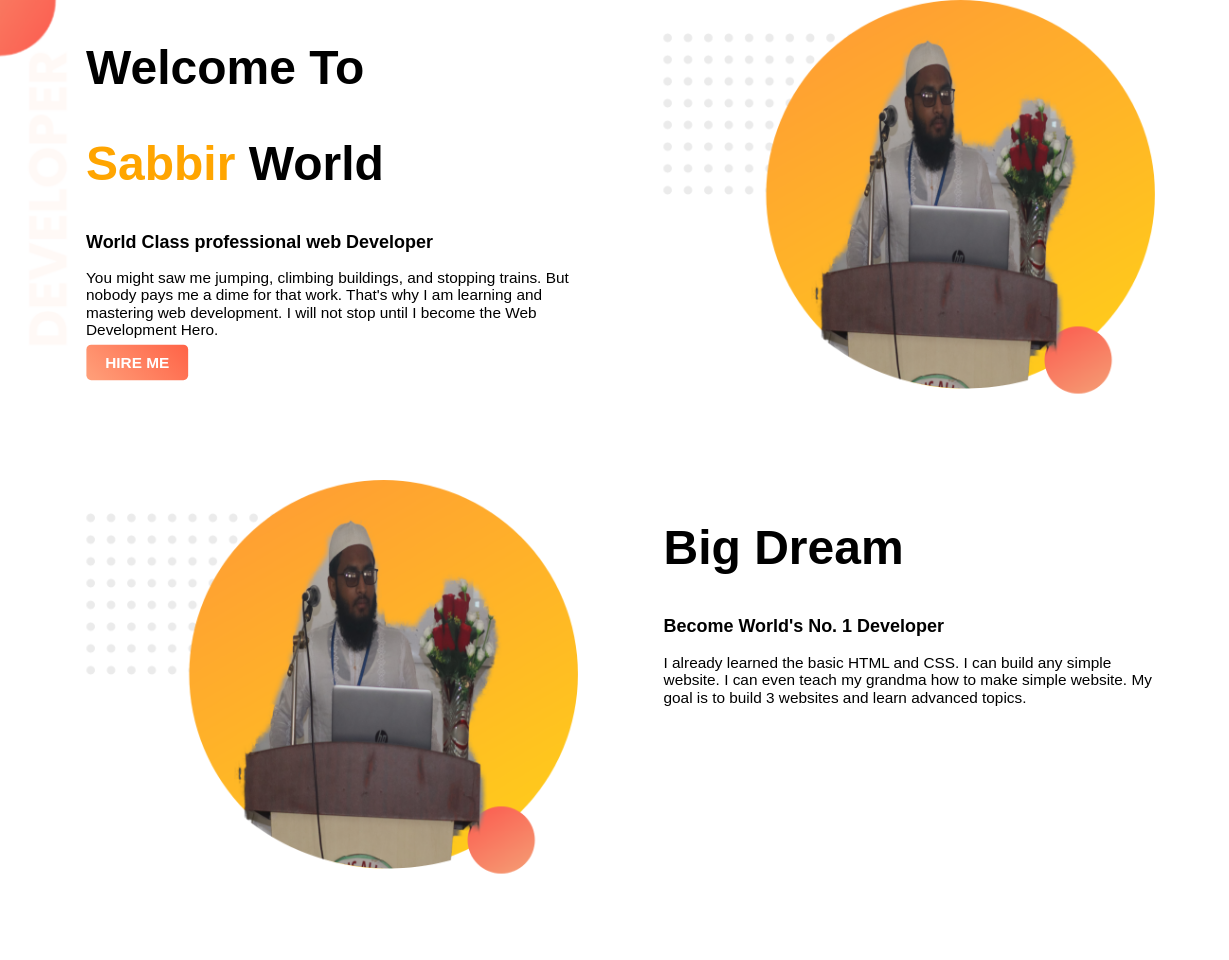
Repository: sabbircse3/web-protfolio
Page: index.html
The author's editor kept a copy of each file at every save. The page is drawn from the files as they stood at one save, then again after a run of saves.
The browser window is 1280 px wide. The pictures show the whole page, at 96% of full size.

Above is the page before, as saved 2021-01-04 10:12:53.

After the next 2 saves:
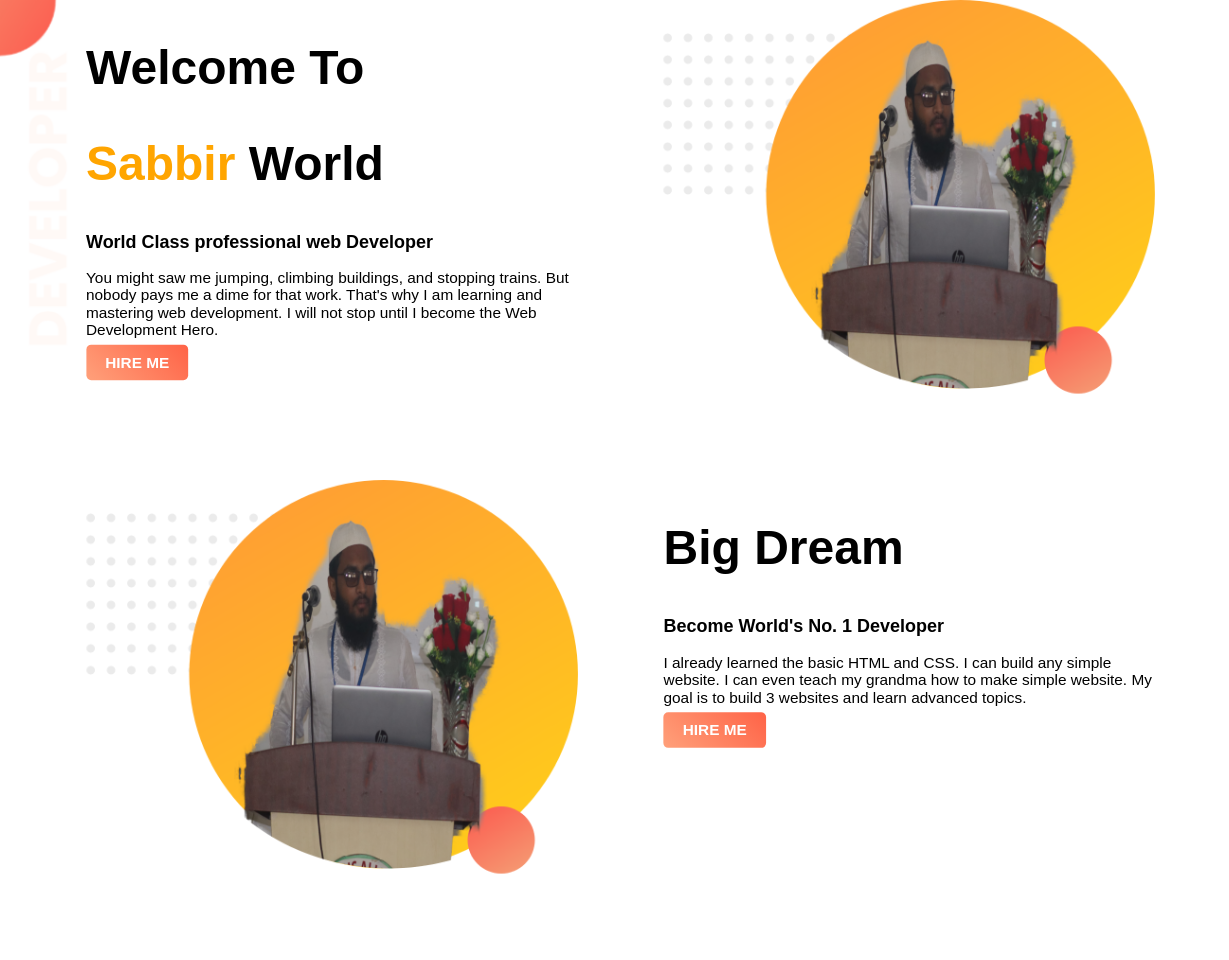
The 2 saves are shown as one change because they came seconds apart.
The last was saved 47 s later.
--- a/index.html
+++ b/index.html
@@ -30,6 +30,7 @@
             <h1> Big Dream</h1>
             <h3>Become World's No. 1 Developer</h3>
             <p>I already learned the basic HTML and CSS. I can build any simple website. I can even teach my grandma how to make simple website. My goal is to build 3 websites and learn advanced topics.</p>
+            <a class="link-button" target="_blank" href="https://www.linkedin.com/company/programminghero/">HIRE ME</a>
         </div>
 
     </section>
